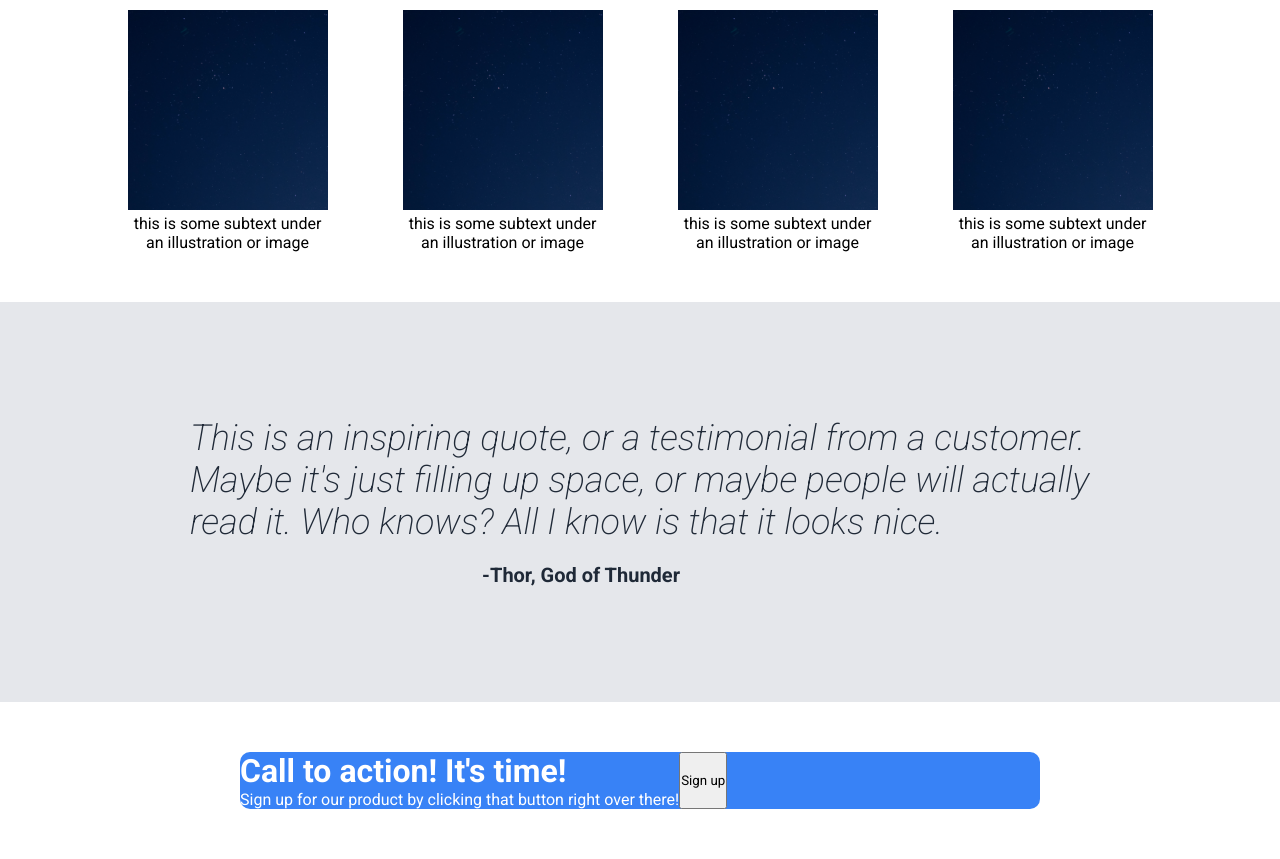
Repository: aaronestre/odin-landingpage
Page: index.html
These files come from the project's save history. The page is drawn as it stood at one moment and after the next save; the edit follows.
The browser window is 1280 px wide. The pictures show the part of the page from y = 682 to 1634 px (the page is 1541 px tall before and 1634 px after).
A picture or video elsewhere on the page could not be fetched, so the positions and the page height are approximate.

Above is the page before, as saved 2025-02-12 21:24:28.

### index.html
<!DOCTYPE html>
<html lang="en">
    <head>
        <meta charset="UTF-8" />
        <meta http-equiv="X-UA-Compatible" content="IE=edge" />
        <meta name="viewport" content="width=device-width, initial-scale=1.0" />
        <link rel="stylesheet" href="index.css" />
        <link rel="preconnect" href="https://fonts.googleapis.com">
<link rel="preconnect" href="https://fonts.gstatic.com" crossorigin>
<link href="https://fonts.googleapis.com/css2?family=Permanent+Marker&family=Roboto:ital,wght@0,100..900;1,100..900&display=swap" rel="stylesheet">

        <title>Odin Landing Page</title>
    </head>
    <body>
        <div class="header">
            <h1>Header Logo</h1>
            <div class="header-right">
                <p>header link 1</p>
                <p>header link 2</p>
                <p>header link 3</p>
            </div>
        </div>
        <div class="hero">
            <div class="hero-left">
                <h1>This website is awesome</h1>
                <p>This website has some subtext that goes here under the main title. It's a smaller font and the color is lower contrast</p>
                <button>Sign up</button>
            </div>
            <div class="hero-right">
                <img class="hero-image" src="./pictures/hero-image.jpg" alt="This is a placeholder for an image" />
            </div>
        </div>
        <div class="info">
            <h1>Some random information.</h1>
            <div class="info-container">
                <div class="info-item">
                    <img class="info-image" src="./pictures/placeholder.jpg" alt="This is a placeholder for an image" />
                    <p class="info-text">this is some subtext under an illustration or image</p>
                </div>
                <div class="info-item">
                    <img class="info-image" src="./pictures/placeholder.jpg" alt="This is a placeholder for an image" />
                    <p class="info-text">this is some subtext under an illustration or image</p>
                </div>
                <div class="info-item">
                    <img class="info-image" src="./pictures/placeholder.jpg" alt="This is a placeholder for an image" />
                    <p class="info-text">this is some subtext under an illustration or image</p>
                </div>
                <div class="info-item">
                    <img class="info-image" src="./pictures/placeholder.jpg" alt="This is a placeholder for an image" />
                    <p class="info-text">this is some subtext under an illustration or image</p>
                </div>
            </div>
        </div>
        <div class="quote">
            <p class="quote-text">
                This is an inspiring quote, or a testimonial from a customer. Maybe it's just filling up space, or maybe people will actually read it. Who knows? All I know is that it looks nice.
            </p>
            <p class="quote-author">-Thor, God of Thunder</p>
        </div>
        <div class="cta">
            <div class="cta-container">
                <div class="cta-text">
                    <h1>Call to action! It's time!</h1>
                    <p>Sign up for our product by clicking that button right over there!</p>
                </div>
                <button>Sign up</button>
            </div>
        </div>
    </body>
</html>

### index.css
* {
    margin: 0;
    padding: 0;
    box-sizing: border-box;
    font-family: Roboto;
}

.header {
    background-color: #1f2937;
    margin: 0px;
    width: 100%;
    height: 50px;
    color: white;
    font-family: Roboto;
    display: flex;
    justify-content: space-around;
    align-items: center;
}

.header h1 {
    font-size: 32px;
}

.header-right {
    display: flex;
    justify-content: flex-end;
    font-size: 18px;
    gap: 16px;
}

.hero {
    background-color: #1f2937;
    color: white;
    width: 100%;
    height: 500px;
    display: flex;
    justify-content: space-around;
    align-items: center;
}

.hero-left {
    margin-left: 175px;
    width: 20%;
}

.hero h1 {
    font-size: 48px;
    margin-bottom: 10px;
}

.hero p {
    font-size: 18px;
    margin-bottom: 10px;
}

.hero button {
    background-color: #3882f6;
    color: white;
    width: 100px;
    height: 40px;
    border-radius: 10px;
    border: none;
}

.hero-image {
    background-color: #1f2937;
    margin-right: 175px;
    height: 350px;
    display: flex;
    justify-content: center;
    align-items: center;
}

.info {
    display: flex;
    flex-direction: column;
    justify-content: center;
    align-items: center;
    margin-bottom: 50px;
}

.info h1 {
    font-size: 36px;
    margin: 50px 0;
}

.info-container {
    display: flex;
    justify-content: center;
    align-items: center;
    gap: 75px;
}

.info-image {
    width: 200px;
}

.info-text {
    width: 200px;
    text-align: center;
}

.quote {
    background-color: #e5e7eb;
    display: flex;
    flex-direction: column;
    justify-content: center;
    align-items: center;
    font-size: 36px;
    color: #1f2937;
    height: 400px;
}

.quote-text {
    font-style: italic;
    font-weight: 200;
    margin-bottom: 20px;
    width: 900px;
}

.quote-author {
    font-weight: bold;
    font-size: 20px;
    align-self: flex-end;
    margin-right: 600px;
}

.cta {
    color: #fff;
    display: flex;
    justify-content: center;
    margin: 50px;
}

.cta-container {
    background-color: #3882f6;
    display: flex;
    width: 800px;
    border-radius: 10px;
}

After the next save:
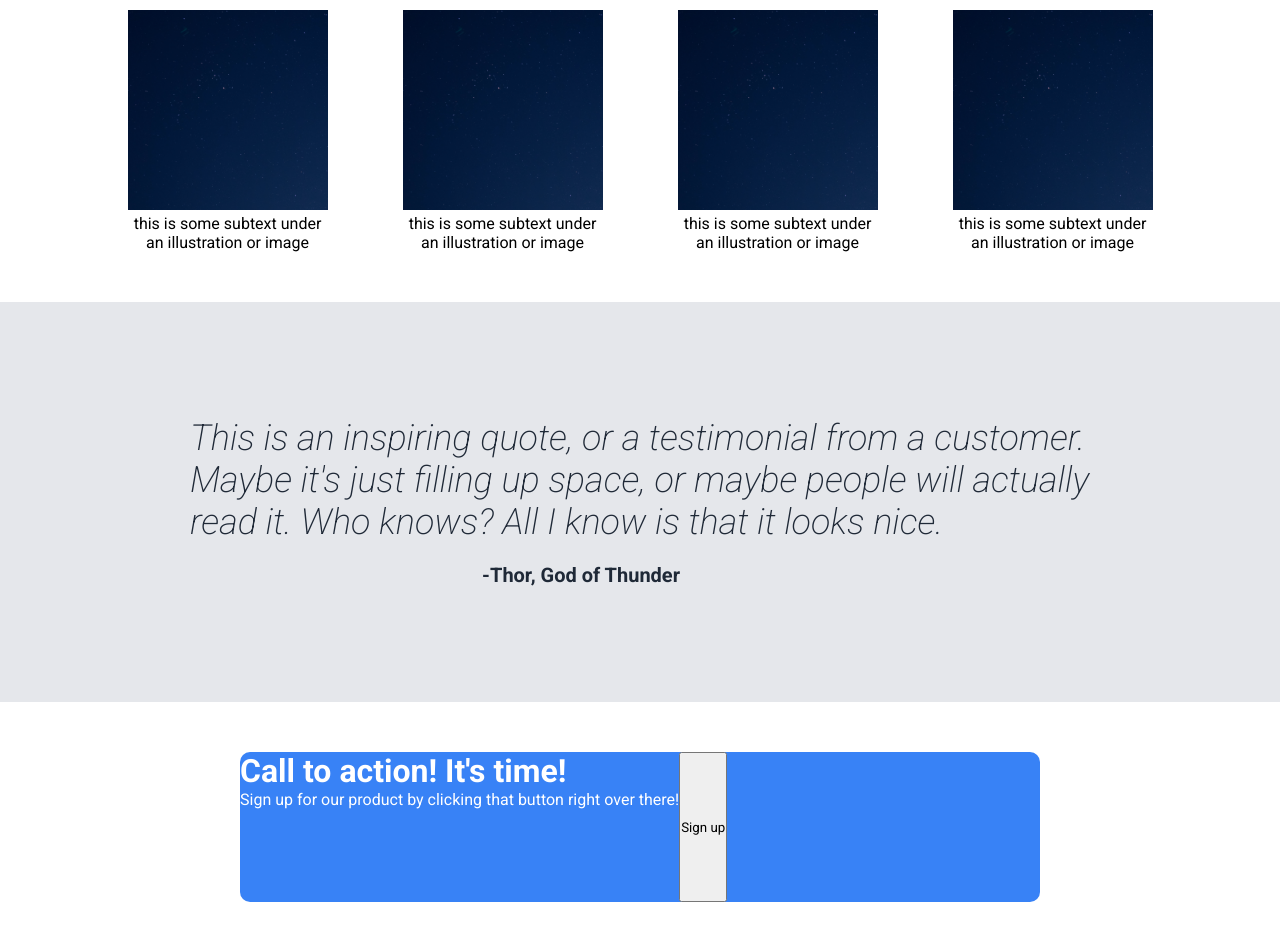
Saved 10 s later.
--- a/index.css
+++ b/index.css
@@ -135,6 +135,7 @@
 .cta-container {
     background-color: #3882f6;
     display: flex;
+    height: 150px;
     width: 800px;
     border-radius: 10px;
 }
